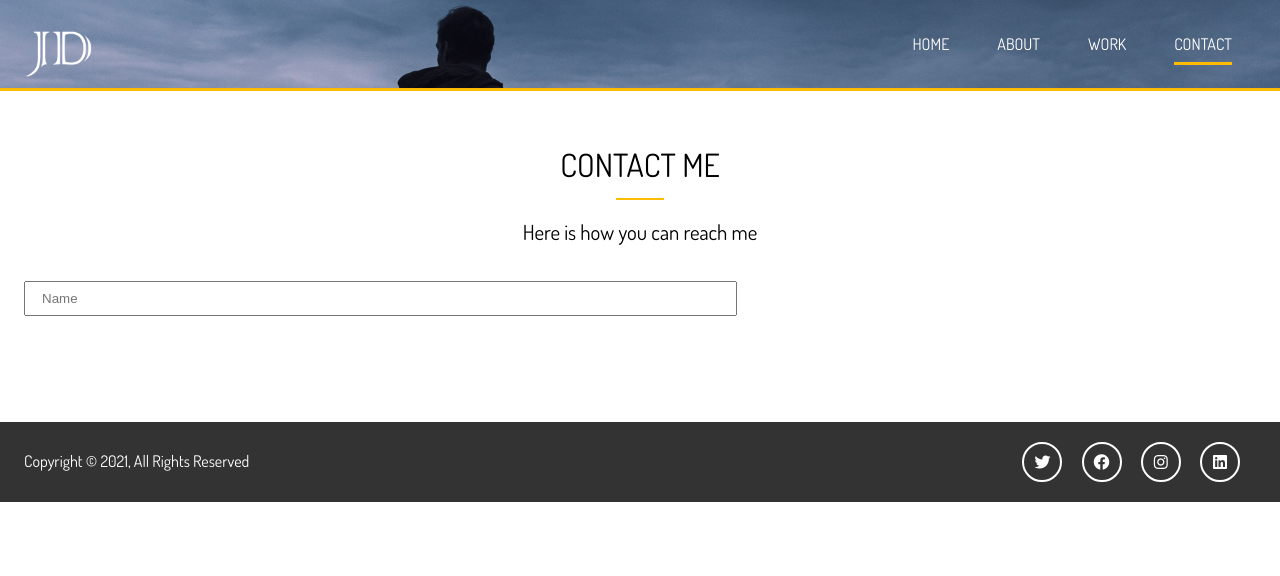
Repository: minhtien9/Portfolio_Website
Page: diet/contact.html
An editor plug-in stored every save of this project. The page is shown before and after the next save, followed by the edit.
The browser window is 1280 px wide. The pictures show the whole page.

Above is the page before, as saved 2021-08-29 19:43:32.

After the next save:
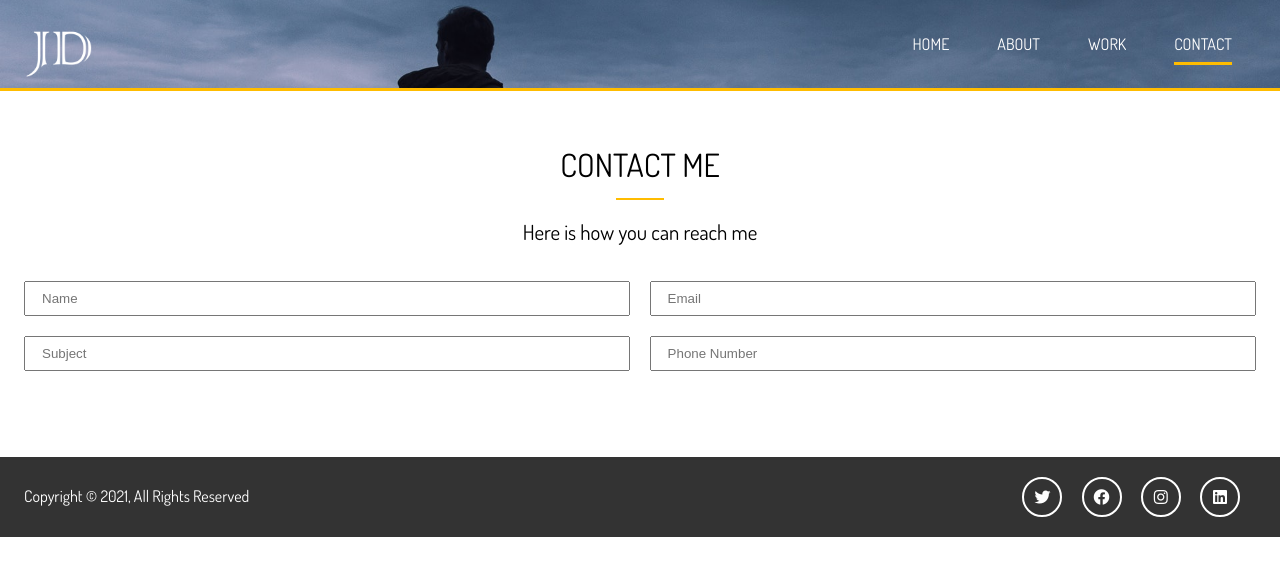
Saved 68 s later.
--- a/diet/contact.html
+++ b/diet/contact.html
@@ -47,6 +47,26 @@
               class="text-input name-input"
               placeholder="Name"
             />
+            <input
+              type="text"
+              class="text-input subject-input"
+              placeholder="Subject"
+            />
+            <input
+              type="email"
+              class="text-input email-input"
+              placeholder="Email"
+            />
+            <input
+              type="text"
+              class="text-input phone-input"
+              placeholder="Phone Number"
+            />
+            <input
+              type="text"
+              class="text-input name-input"
+              placeholder="Name"
+            />
           </div>
         </form>
       </div>
